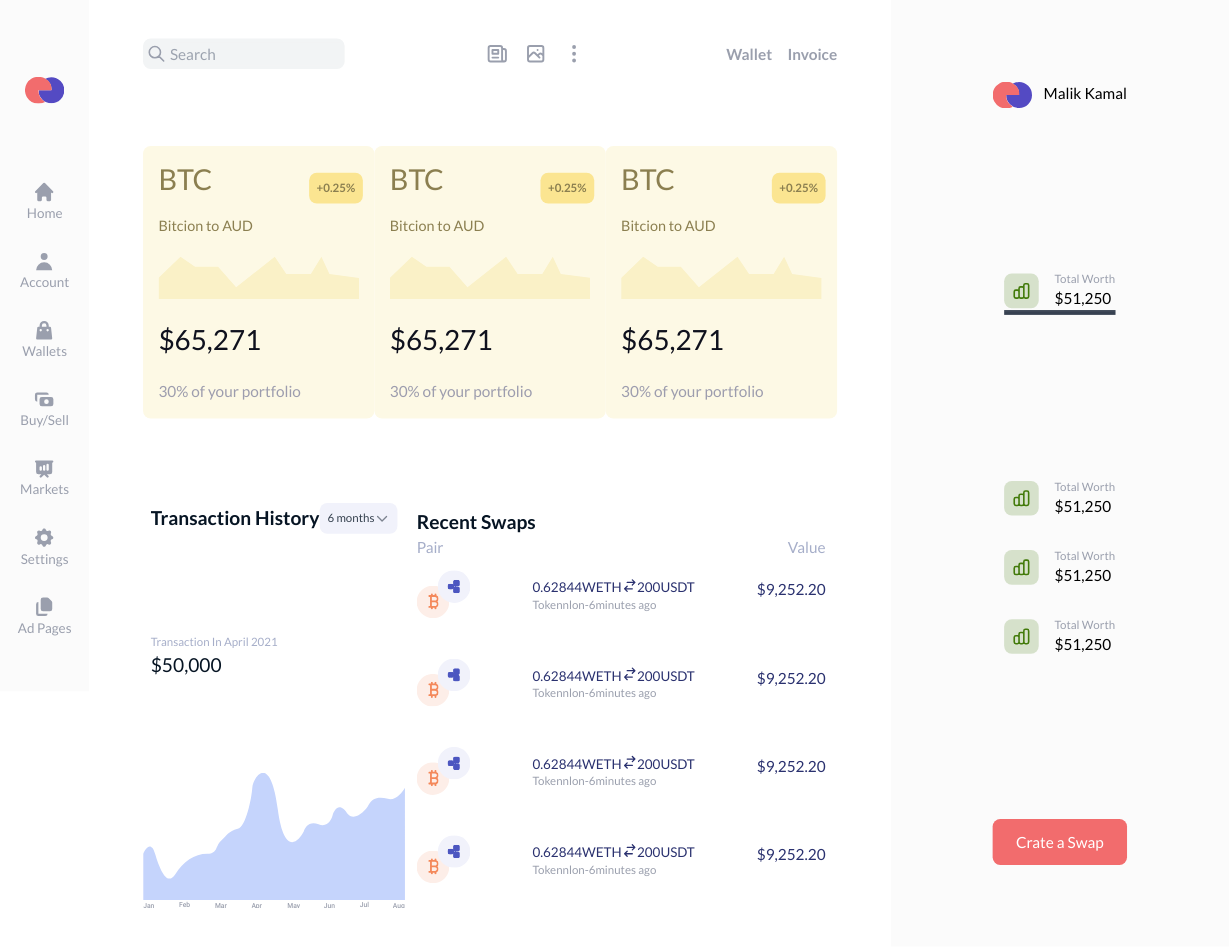
Repository: almaqdad55/crypto-app-nextjs
Page: /
An editor plug-in stored every save of this project. The page is shown before and after a run of saves, followed by the edit.
The browser window is 1280 px wide. The pictures show the whole page, at 96% of full size.
The project was rebuilt for these pictures with package versions that can differ from the ones it lists, and the page was loaded fresh each time. The framework's server and built-in components were replaced by stand-ins that run in the browser.

Above is the page before, as saved 2022-01-04 22:46:55.

### pages/index.js
import Head from 'next/head';
import Sidebar from '../components/Sidebar';
import Feed from '../components/Feed';
import Widget from '../components/Widget';

export default function Home() {
  return (
    <div className="">
      <Head>
        <title>Crypto Trade</title>
        <link rel="icon" href="/logo.svg" />
      </Head>

      <main className="flex">
        <Sidebar />
        <Feed />
        <Widget />
      </main>
    </div>
  );
}

### styles/globals.css
@import url('https://fonts.googleapis.com/css2?family=Lato:wght@300;400;700&display=swap');

@tailwind base;
@tailwind components;
@tailwind utilities;

@layer base {
  body {
    @apply bg-white font-Lato;
  }
}

@layer components {
  .icon-group {
    @apply flex flex-col  items-center text-sm cursor-pointer text-[#9A9FAD] hover:text-[#544AC3] transition duration-200;
  }
}

### components/Sidebar.jsx
import {
  HomeIcon,
  UserIcon,
  CashIcon,
  ShoppingBagIcon,
  PresentationChartBarIcon,
  CogIcon,
  DocumentDuplicateIcon,
} from '@heroicons/react/solid';

const Sidebar = () => {
  return (
    <div className="flex flex-col items-center  h-screen w-[142px]  bg-[#fbfbfb] ">
      <div className="mt-20">
        <img src="/logo.svg" alt="" />
      </div>
      <div className="mb-40 mt-20 flex flex-col space-y-7">
        <div className="icon-group group">
          <HomeIcon className="h-6 " />
          <span className="">Home</span>
        </div>
        <div className="icon-group group">
          <UserIcon className="h-6 " />
          <span className="">Account</span>
        </div>
        <div className="icon-group group">
          <ShoppingBagIcon className="h-6 " />
          <span className="">Wallets</span>
        </div>
        <div className="icon-group group ">
          <CashIcon className="h-6 " />
          <span className="">Buy/Sell</span>
        </div>
        <div className="icon-group group">
          <PresentationChartBarIcon className="h-6 " />
          <span className="">Markets</span>
        </div>
        <div className="icon-group group">
          <CogIcon className="h-6 " />
          <span className="">Settings</span>
        </div>
        <div className="icon-group group">
          <DocumentDuplicateIcon className="h-6 " />
          <span className="">Ad Pages</span>
        </div>
      </div>
    </div>
  );
};

export default Sidebar;

### components/Feed.jsx
import {
  DotsVerticalIcon,
  PhotographIcon,
  NewspaperIcon,
  SearchIcon,
} from '@heroicons/react/outline';

import Card from './Card';
import TransactionHistory from './TransactionHistory';
import RecentSwaps from './RecentSwaps';

// import { SearchIcon } from '@heroicons/react/solid';
const Feed = () => {
  return (
    <div className=" flex-grow  bg-white px-14 py-10 space-y-20">
      {/* Top Menu */}
      <div className="flex items-center  justify-between ">
        <div className="flex items-center bg-[#F2F4F5] rounded-lg p-1 space-x-1">
          <SearchIcon className="h-5 text-[#9A9FAD]" />
          <input
            type="text"
            placeholder={`Search`}
            className="outline-none bg-[#F2F4F5]"
          />
        </div>
        <div className="flex space-x-4 text-[#9A9FAD] ">
          <NewspaperIcon className="h-6 " />
          <PhotographIcon className="h-6 " />
          <DotsVerticalIcon className="h-6 " />
        </div>
        <div className="flex text-[16px] font-bold space-x-4 text-[#9A9FAD]  ">
          <p className="">Wallet</p>
          <p className="">Invoice</p>
        </div>
      </div>

      {/* Cards Display */}
      {/* <div className="grid grid-cols-1 sm:grid-cols-2 md:grid-cols-2 xl:grid-cols-3 gap-3 "> */}
      <div className="flex justify-around">
        <Card />
        <Card />
        <Card />
      </div>

      <div className="flex justify-evenly">
        <TransactionHistory />
        <RecentSwaps />
      </div>
    </div>
  );
};

export default Feed;

### components/Widget.jsx
import {
  ChartBarIcon,
  RefreshIcon,
  CurrencyDollarIcon,
  SwitchHorizontalIcon,
  ShieldCheckIcon,
} from '@heroicons/react/outline';
import StatsDisplay from './StatsDisplay';
import Button from './Button';
const Widget = () => {
  return (
    <div className="bg-[#fbfbfb] min-w-[352px] flex flex-col items-center justify-around">
      <div className=" flex justify-center space-x-3">
        <img src="/logo.svg" alt="" className="" />
        <h2>Malik Kamal</h2>
      </div>

      <div className="">
        <StatsDisplay />
        <hr className="border-b-4 border-gray-700 " />
      </div>
      <div className="flex flex-col space-y-8">
        <StatsDisplay />
        <StatsDisplay />
        <StatsDisplay />
      </div>

      <Button />
    </div>
  );
};

export default Widget;

### components/Card.jsx
const Card = () => {
  return (
    <div className="  flex flex-col justify-between w-[241px] h-[284px] bg-[#FDF9E5] rounded-lg relative text-[#8B7F50] p-4">
      <div className="absolute bg-[#FBE591] text-[#8B7F50] text-xs rounded-lg p-2 font-bold top-7 right-3">
        +0.25%
      </div>
      <h1 className="text-3xl ">BTC</h1>
      <p className="text-[15px]">Bitcion to AUD</p>

      <img src="/bg-btc.svg" alt="" />

      <p className="text-[29px] text-[#0F111D]">$65,271</p>
      <p className="text-[#9D9DAE]">30% of your portfolio</p>
    </div>
  );
};

export default Card;

### components/TransactionHistory.jsx
import DropDownList from './DropDownList';

const TransactionHistory = () => {
  return (
    <div className=" flex flex-col justify-between relative  min-h-[323px]">
      <DropDownList />
      <h1 className="text-[20px] text-[#061423] p-2 font-bold">
        Transaction History
      </h1>
      <div className="p-2">
        <p className="text-xs text-[#A6AEC9]">Transaction In April 2021</p>
        <p className="text-[20px] text-[#061423]"> $50,000</p>
      </div>
      <div className="">
        <img src="/history.svg" alt="" className="" />
        <img src="/months.svg" alt="" className="w-[376px]" />
      </div>
    </div>
  );
};

export default TransactionHistory;

### components/RecentSwaps.jsx
import DropDownList from './DropDownList';
import Swap from './Swap';
const RecentSwaps = () => {
  return (
    <div className=" flex flex-col  relative  min-w-[450px]  p-3 justify-between">
      {/* <DropDownList /> */}
      <h1 className="text-[20px] text-[#061423] font-bold">Recent Swaps</h1>
      <div className="text-[#A6AEC9] flex justify-between ">
        <p>Pair</p>
        <p>Value</p>
      </div>
      <div className="flex flex-col space-y-4">
        <Swap />
        <Swap />
        <Swap />
        <Swap />
      </div>
    </div>
  );
};

export default RecentSwaps;

### components/StatsDisplay.jsx
import {
  ChartBarIcon,
  RefreshIcon,
  CurrencyDollarIcon,
  SwitchHorizontalIcon,
  ShieldCheckIcon,
} from '@heroicons/react/outline';

const StatsDisplay = () => {
  return (
    <div className="flex items-center space-x-4">
      <div className="bg-[#427A0A]/20 p-2 rounded-lg">
        <ChartBarIcon className="h-5 text-[#427A0A]" />
      </div>
      <div>
        <p className="text-[#9A9FAD] text-xs">Total Worth</p>
        <h2 className="text-base">$51,250</h2>
      </div>
    </div>
  );
};

export default StatsDisplay;

### components/Button.jsx
const Button = () => {
  return (
    <button className="bg-[#F26C6D] text-white py-3 px-6 rounded-lg">
      Crate a Swap
    </button>
  );
};

export default Button;

### components/DropDownList.jsx
import { ChevronDownIcon } from '@heroicons/react/outline';

const DropDownList = () => {
  return (
    <div className="flex items-center absolute top-2 right-2 rounded-lg bg-[#F1F2FB] p-2 cursor-pointer">
      <p className="text-xs text-[#35404E]">6 months</p>
      <ChevronDownIcon className="h-4 text-[#7C838F]" />
    </div>
  );
};

export default DropDownList;

### components/Swap.jsx
import { SwitchHorizontalIcon } from '@heroicons/react/outline';

const Swap = () => {
  return (
    <div className=" flex text-[#2A316F] justify-between">
      <div className="relative flex p-6 ">
        <div className="p-1 ">
          <img
            src="/bitcoin-icon.svg"
            alt=""
            className="h-50 absolute top-7 left-0"
          />
          <img
            src="/ripple-icon.svg"
            alt=""
            className="h-50 absolute top-3 right-0"
          />
        </div>
      </div>
      <div className="py-5">
        <div className=" flex  text-sm ">
          <p>0.62844WETH</p>
          <SwitchHorizontalIcon className="h-4" />
          <p>200USDT</p>
        </div>
        <p className="text-xs text-[#9A9FAD]">Tokennlon-6minutes ago</p>
      </div>

      <p className="py-5">$9,252.20</p>
    </div>
  );
};

export default Swap;

### tailwind.config.js
module.exports = {
  content: [
    './pages/**/*.{js,ts,jsx,tsx}',
    './components/**/*.{js,ts,jsx,tsx}',
  ],
  theme: {
    extend: {
      fontFamily: {
        Lato: ['Lato', 'sans-serif'],
      },
    },
  },
  plugins: [],
};

Loaded but not shown: pages/_app.js (common file)

After the next 2 saves:
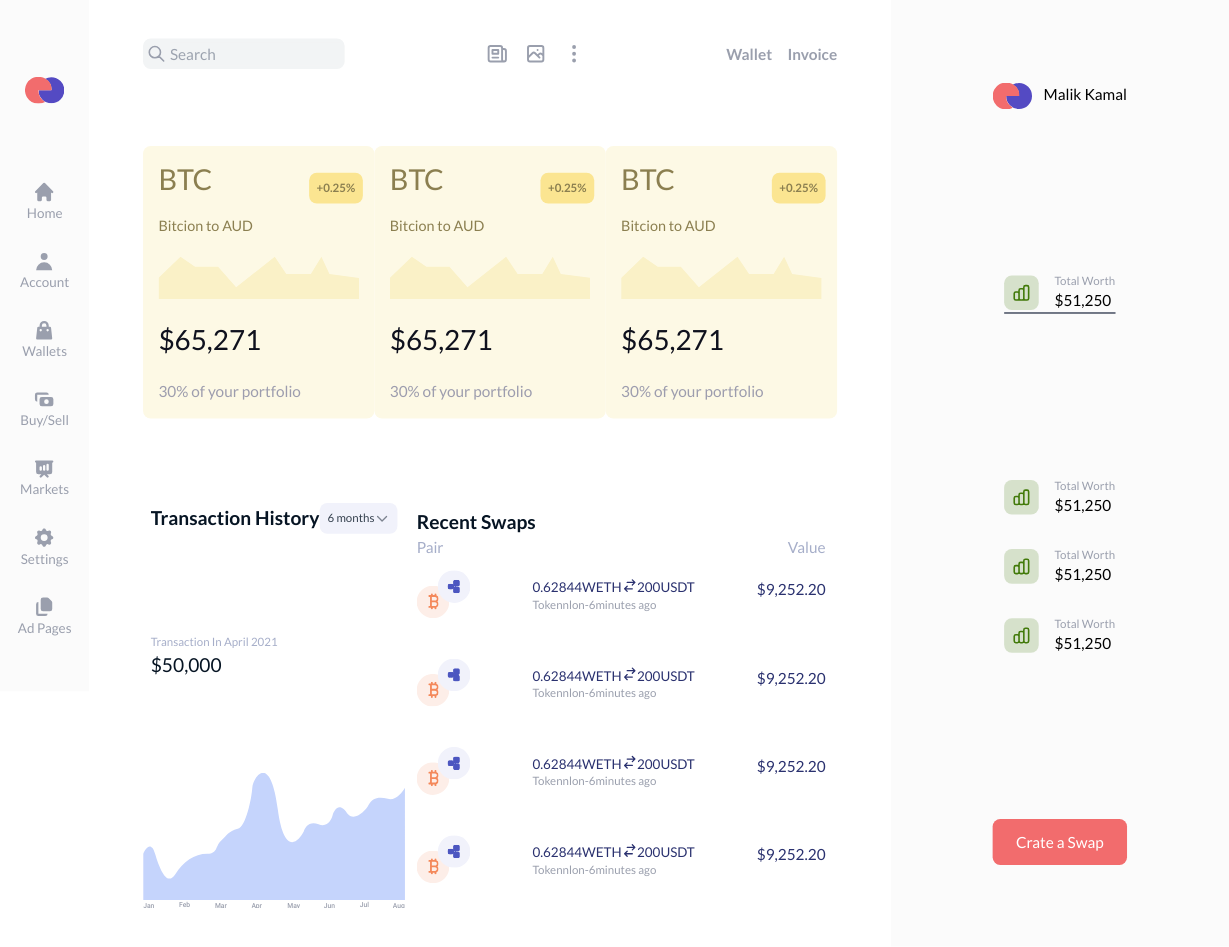
The 2 saves are shown as one change because they came seconds apart.
The last was saved 7 s later.
--- a/components/Widget.jsx
+++ b/components/Widget.jsx
@@ -17,7 +17,7 @@
 
       <div className="">
         <StatsDisplay />
-        <hr className="border-b-4 border-gray-700 " />
+        <hr className="border-b border-gray-500 " />
       </div>
       <div className="flex flex-col space-y-8">
         <StatsDisplay />
